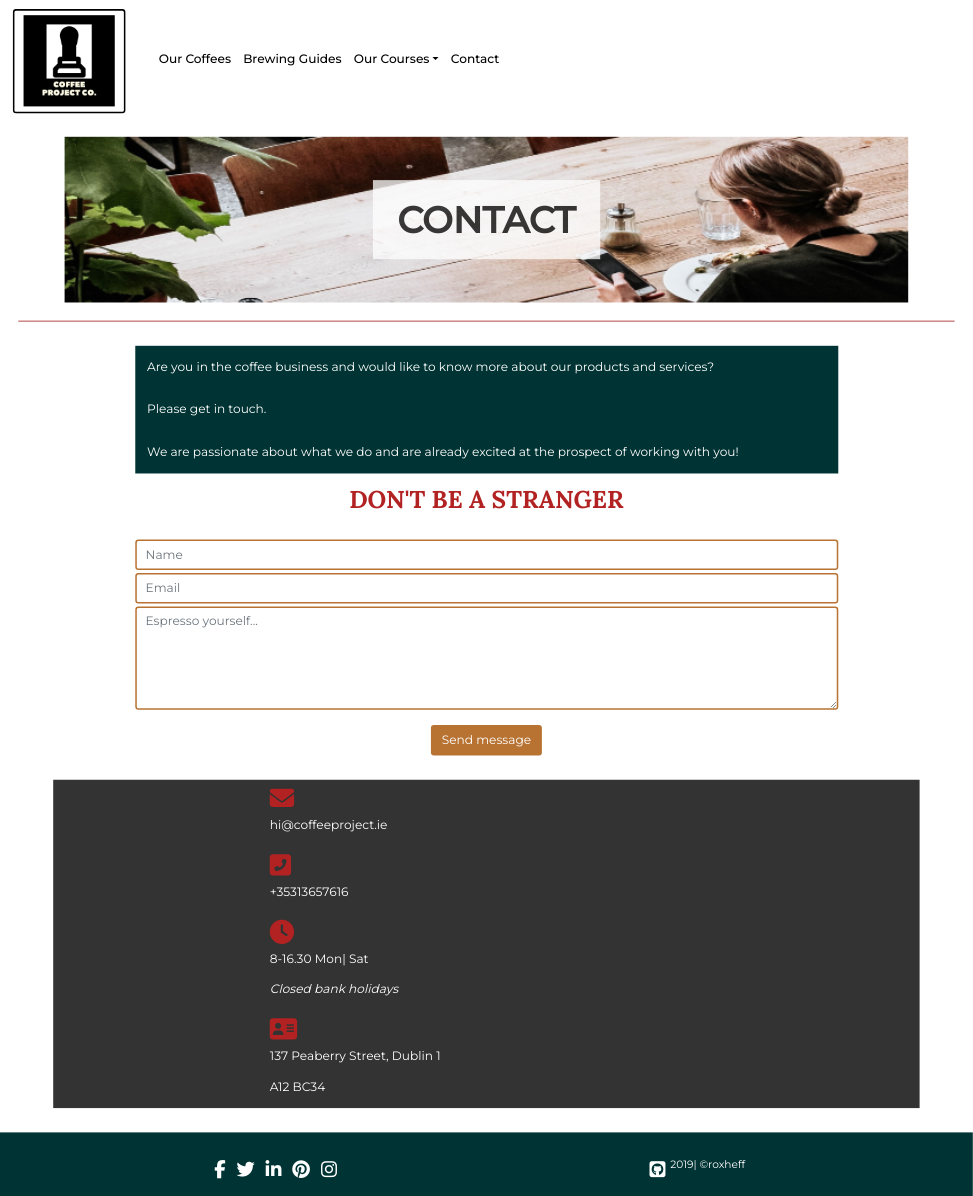
Repository: roxanahefferon/M1
Page: contact.html
The author's editor kept a record of every edit. The page is drawn from the files as they stood at one moment, then again after the next edit.
The browser window is 1280 px wide. The pictures show the whole page, at 76% of full size.
Some web libraries are served in a nearby version.

Above is the page before.

After the next edit:
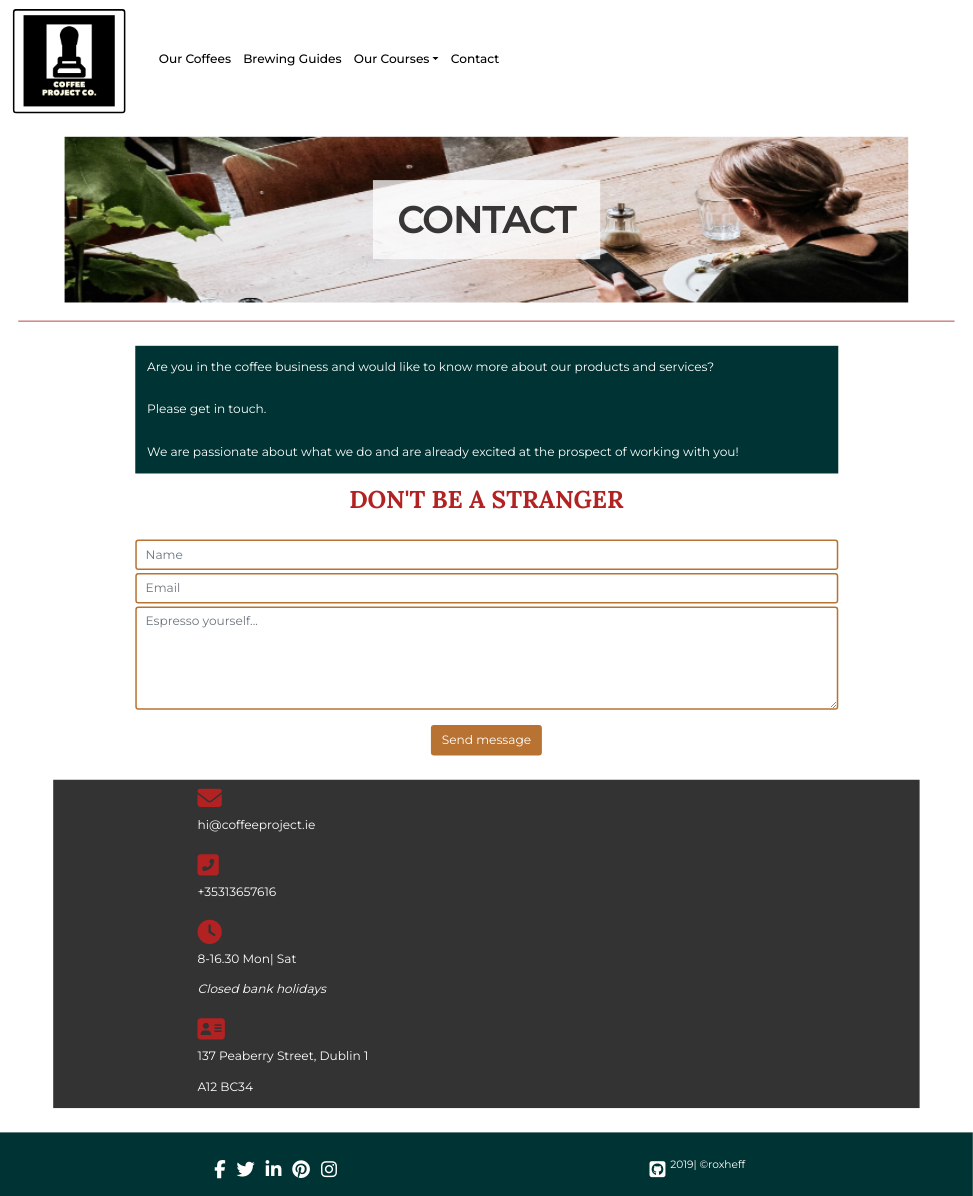
The edit:
--- a/contact.html
+++ b/contact.html
@@ -96,7 +96,7 @@
 
     <div class="container contact-us">
         <div class="row no-gutters">
-            <div class="col-6 offset-3">
+            <div class="col-9 offset-2">
                 <i class="fas fa-envelope fa-2x"></i>
                 <p>hi@coffeeproject.ie</p>
                 <i class="fas fa-phone-square-alt fa-2x"></i>
